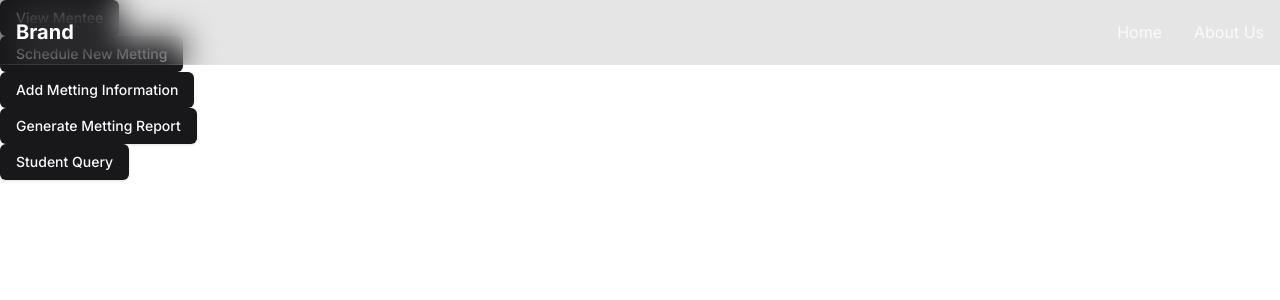
Repository: gauravbhindwar/mentorlink
Page: /pages/mentor/mentordashboard
The author's editor kept a copy of each file at every save. The page is drawn from the files as they stood at one save, then again after the next save.
The browser window is 1280 px wide. The pictures show the whole page.
The project was rebuilt for these pictures with package versions that can differ from the ones it lists, and the page was loaded fresh each time. The framework's server and built-in components were replaced by stand-ins that run in the browser. Also part of the build but not shown: next.config.js, next.config.ts.

Above is the page before, as saved 2024-11-07 01:24:18.

### src/app/layout.tsx
import type { Metadata } from "next";
import { Inter } from "next/font/google";
import "./globals.css";

const inter = Inter({ subsets: ["latin"] });

export const metadata: Metadata = {
  title: "MentorLink",
  description: "By: SDC",
};

export default function RootLayout({
  children,
}: Readonly<{
  children: React.ReactNode;
}>) {
  return (
    <html lang="en" suppressHydrationWarning>
      <body className={inter.className} suppressHydrationWarning>
        <div>{children}</div>
      </body>
    </html>
  );
}

### src/app/pages/mentor/mentordashboard/page.jsx
import React from 'react'
// import DashboardLayout from '@/components/DashboardLayout/DashboardLayout'
import MentorDashBoard from '../../../../components/mentor/MentorDashBoard'
import Navbar from '../../../../components/subComponents/Navbar/Navbar';


const page = () => {

    return (
        <>
            <Navbar/>

            <div>
                <MentorDashBoard />
            </div>
        </>


        // <DashboardLayout />
    )
}

export default page

### src/app/globals.css
@tailwind base;
@tailwind components;
@tailwind utilities;

@layer base {
  :root {
    --background: 0 0% 100%;
    --foreground: 240 10% 3.9%;
    --card: 0 0% 100%;
    --card-foreground: 240 10% 3.9%;
    --popover: 0 0% 100%;
    --popover-foreground: 240 10% 3.9%;
    --primary: 240 5.9% 10%;
    --primary-foreground: 0 0% 98%;
    --secondary: 240 4.8% 95.9%;
    --secondary-foreground: 240 5.9% 10%;
    --muted: 240 4.8% 95.9%;
    --muted-foreground: 240 3.8% 46.1%;
    --accent: 240 4.8% 95.9%;
    --accent-foreground: 240 5.9% 10%;
    --destructive: 0 84.2% 60.2%;
    --destructive-foreground: 0 0% 98%;
    --border: 240 5.9% 90%;
    --input: 240 5.9% 90%;
    --ring: 240 10% 3.9%;
    --chart-1: 12 76% 61%;
    --chart-2: 173 58% 39%;
    --chart-3: 197 37% 24%;
    --chart-4: 43 74% 66%;
    --chart-5: 27 87% 67%;
    --radius: 0.5rem
  }

  .dark {
    --background: 240 10% 3.9%;
    --foreground: 0 0% 98%;
    --card: 240 10% 3.9%;
    --card-foreground: 0 0% 98%;
    --popover: 240 10% 3.9%;
    --popover-foreground: 0 0% 98%;
    --primary: 0 0% 98%;
    --primary-foreground: 240 5.9% 10%;
    --secondary: 240 3.7% 15.9%;
    --secondary-foreground: 0 0% 98%;
    --muted: 240 3.7% 15.9%;
    --muted-foreground: 240 5% 64.9%;
    --accent: 240 3.7% 15.9%;
    --accent-foreground: 0 0% 98%;
    --destructive: 0 62.8% 30.6%;
    --destructive-foreground: 0 0% 98%;
    --border: 240 3.7% 15.9%;
    --input: 240 3.7% 15.9%;
    --ring: 240 4.9% 83.9%;
    --chart-1: 220 70% 50%;
    --chart-2: 160 60% 45%;
    --chart-3: 30 80% 55%;
    --chart-4: 280 65% 60%;
    --chart-5: 340 75% 55%
  }
}

@layer base {
  * {
    @apply border-border;
  }

  body {
    @apply bg-background text-foreground;
  }
}

@keyframes fadeIn {
  0% {
    opacity: 0;
  }

  100% {
    opacity: 1;
  }
}

.animate-popup {
  animation: fadeIn 0.3s ease-out;
}

### src/components/mentor/MentorDashBoard.jsx
import React from 'react'
import { Button } from '../ui/button'

const MentorDashBoard = () => {
    return (
        <div>
            <div>
                <Button>
                    View Mentee
                </Button>
            </div>
            <div>
                <Button>
                    Schedule New Metting
                </Button>
            </div>
            <div>
                <Button>
                    Add Metting Information
                </Button>
            </div>
            <div>
                <Button>
                    Generate Metting Report
                </Button>
            </div>
            <div>
                <Button>
                    Student Query
                </Button>
            </div>
        </div>
    )
}

export default MentorDashBoard

### src/components/subComponents/Navbar/Navbar.jsx
"use client"
import Link from 'next/link';
import { useState } from 'react';

const Navbar = () => {
  const [isMobileMenuOpen, setIsMobileMenuOpen] = useState(false);

  return (
    <nav className="fixed top-0 w-full z-50 bg-black/10 backdrop-blur-lg border-b border-white/10">
      <div className="container mx-auto px-4">
        <div className="flex items-center justify-between h-16">
          {/* Logo/Brand */}
          <div className="text-white font-bold text-xl">Brand</div>

          <div className="hidden md:flex items-center space-x-8">
            {/* Updated navigation links */}
            <Link
              href="/"
              className="text-white/80 hover:text-white transition-colors duration-200"
            >
              Home
            </Link>
            <Link
              href="/about"
              className="text-white/80 hover:text-white transition-colors duration-200"
            >
              About Us
            </Link>
          </div>

          {/* Mobile menu button */}
          <div className="md:hidden">
            <button
              onClick={() => setIsMobileMenuOpen(!isMobileMenuOpen)}
              className="text-white focus:outline-none"
            >
              {/* Icon for mobile menu */}
              <svg className="w-6 h-6" fill="none" stroke="currentColor" viewBox="0 0 24 24" xmlns="http://www.w3.org/2000/svg">
                <path strokeLinecap="round" strokeLinejoin="round" strokeWidth="2" d="M4 6h16M4 12h16M4 18h16"></path>
              </svg>
            </button>
          </div>
        </div>

        {/* Mobile menu panel */}
        {isMobileMenuOpen && (
          <div className="md:hidden">
            <Link
              href="/"
              className="block px-4 py-2 text-white/80 hover:text-white transition-colors duration-200"
            >
              Home
            </Link>
            <Link
              href="/about"
              className="block px-4 py-2 text-white/80 hover:text-white transition-colors duration-200"
            >
              About Us
            </Link>
          </div>
        )}
      </div>
    </nav>
  );
};

export default Navbar;

### src/components/ui/button.tsx
import * as React from "react"
import { Slot } from "@radix-ui/react-slot"
import { cva, type VariantProps } from "class-variance-authority"

import { cn } from "@/lib/utils"

const buttonVariants = cva(
  "inline-flex items-center justify-center gap-2 whitespace-nowrap rounded-md text-sm font-medium transition-colors focus-visible:outline-none focus-visible:ring-1 focus-visible:ring-ring disabled:pointer-events-none disabled:opacity-50 [&_svg]:pointer-events-none [&_svg]:size-4 [&_svg]:shrink-0",
  {
    variants: {
      variant: {
        default:
          "bg-primary text-primary-foreground shadow hover:bg-primary/90",
        destructive:
          "bg-destructive text-destructive-foreground shadow-sm hover:bg-destructive/90",
        outline:
          "border border-input bg-background shadow-sm hover:bg-accent hover:text-accent-foreground",
        secondary:
          "bg-secondary text-secondary-foreground shadow-sm hover:bg-secondary/80",
        ghost: "hover:bg-accent hover:text-accent-foreground",
        link: "text-primary underline-offset-4 hover:underline",
      },
      size: {
        default: "h-9 px-4 py-2",
        sm: "h-8 rounded-md px-3 text-xs",
        lg: "h-10 rounded-md px-8",
        icon: "h-9 w-9",
      },
    },
    defaultVariants: {
      variant: "default",
      size: "default",
    },
  }
)

export interface ButtonProps
  extends React.ButtonHTMLAttributes<HTMLButtonElement>,
    VariantProps<typeof buttonVariants> {
  asChild?: boolean
}

const Button = React.forwardRef<HTMLButtonElement, ButtonProps>(
  ({ className, variant, size, asChild = false, ...props }, ref) => {
    const Comp = asChild ? Slot : "button"
    return (
      <Comp
        className={cn(buttonVariants({ variant, size, className }))}
        ref={ref}
        {...props}
      />
    )
  }
)
Button.displayName = "Button"

export { Button, buttonVariants }

Loaded but not shown: src/lib/utils.ts (common file); tailwind.config.ts (common file)

After the next save:
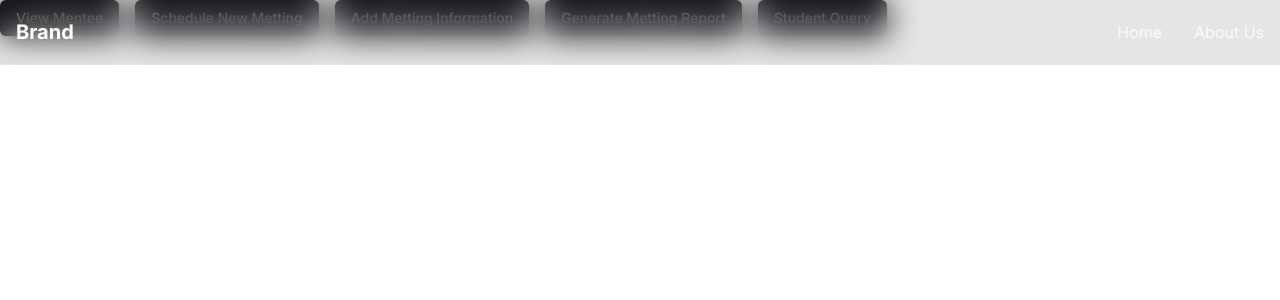
Saved 40 s later.
--- a/src/components/mentor/MentorDashBoard.jsx
+++ b/src/components/mentor/MentorDashBoard.jsx
@@ -3,7 +3,7 @@ import { Button } from '../ui/button'
 
 const MentorDashBoard = () => {
     return (
-        <div>
+        <div className='flex gap-4'>
             <div>
                 <Button>
                     View Mentee
